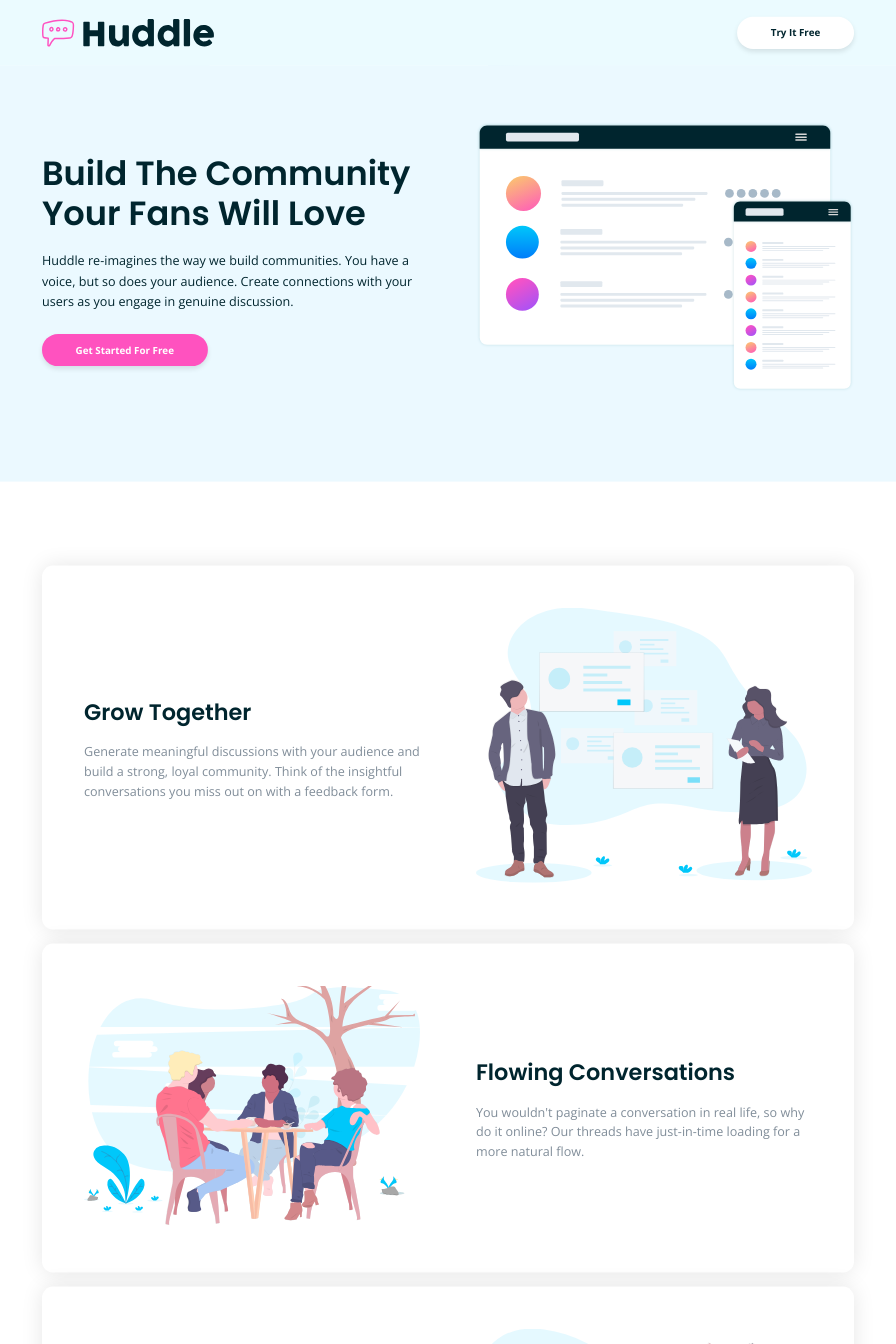
Repository: blordeus/huddle-landing-page
Page: index.html
These files come from the project's save history. The page is drawn as it stood at one moment and after the next save; the edit follows.
The browser window is 1280 px wide. The pictures show the part of the page from y = 0 to 1920 px (the page is 3305 px tall before and 3334 px after), at 70% of full size.

Above is the page before, as saved 2025-07-01 11:30:11.

### index.html
<!DOCTYPE html>
<html lang="en">
<head>
  <meta charset="UTF-8">
  <meta name="viewport" content="width=device-width, initial-scale=1.0">
  <link rel="icon" type="image/png" sizes="32x32" href="./images/favicon-32x32.png">
  <title>Frontend Mentor | Huddle landing page with alternating feature blocks</title>

  <!-- Google Fonts -->
  <link rel="preconnect" href="https://fonts.googleapis.com">
  <link rel="preconnect" href="https://fonts.gstatic.com" crossorigin>
  <link href="https://fonts.googleapis.com/css2?family=Poppins:wght@600&family=Open+Sans:wght@400;700&display=swap" rel="stylesheet">
  <link rel="stylesheet" type="text/css" href="styles.css" />

  <!-- Font Awesome for social icons -->
  <link rel="stylesheet" href="https://cdnjs.cloudflare.com/ajax/libs/font-awesome/6.0.0/css/all.min.css">
</head>

<body>
  <section class="bg-wrapper">
  <!-- Header -->
  <header class="header">
    <div class="container">
      <div class="header-content">
        <img src="./images/logo.svg" alt="Logo">
        <a href="#" class="btn btn-outline">Try It Free</a>
      </div>
    </div>
  </header>

  <!-- Hero Section -->
  <section class="hero">
    <div class="container">
      <div class="hero-content">
        <div class="hero-text">
          <h1>Build The Community Your Fans Will Love</h1>
          <p>Huddle re-imagines the way we build communities. You have a voice, but so does your audience. Create connections with your users as you engage in genuine discussion.</p>
          <a href="#" class="btn">Get Started For Free</a>
        </div>
        <div class="hero-image">
          <img src="./images/illustration-mockups.svg" alt="Desktop and mobile chat interface showing community conversations">
        </div>
      </div>
    </div>
  </section>
  </section>

  <!-- Features Section -->
  <section class="features">
    <div class="container">
      <div class="feature">
        <div class="feature-content">
          <h2>Grow Together</h2>
          <p>Generate meaningful discussions with your audience and build a strong, loyal community. Think of the insightful conversations you miss out on with a feedback form.</p>
        </div>
        <div class="feature-image">
          <img src="./images/illustration-grow-together.svg" alt="Illustration of people having meaningful conversations and building community">
        </div>
      </div>

      <div class="feature">
        <div class="feature-content">
          <h2>Flowing Conversations</h2>
          <p>You wouldn't paginate a conversation in real life, so why do it online? Our threads have just-in-time loading for a more natural flow.</p>
        </div>
        <div class="feature-image">
          <img src="./images/illustration-flowing-conversation.svg" alt="Illustration of natural flowing conversation interface with seamless chat threads">
        </div>
      </div>

      <div class="feature">
        <div class="feature-content">
          <h2>Your Users</h2>
          <p>It takes no time at all to integrate Huddle with your app's authentication solution. This means, once signed in to your app, your users can start chatting immediately.</p>
        </div>
        <div class="feature-image">
          <img src="./images/illustration-your-users.svg" alt="Illustration showing easy user authentication and immediate chat access">
        </div>
      </div>
    </div>
  </section>

  <!-- Call to Action -->
  <section class="cta">
    <div class="container">
      <h2>Ready To Build Your Community?</h2>
      <a href="#" class="btn">Get Started For Free</a>
    </div>
  </section>

  <!-- Footer -->
  <footer class="footer">
    <div class="container">
      <a href="#" class="footer-logo">
            <img src="./images/logo.svg" alt="">
          </a>
      <div class="footer-content">
        <div class="footer-info">
          <div class="contact-info">
            <div class="contact-item">
              <img src="./images/icon-location.svg" alt="">
              <p>Lorem ipsum dolor sit amet, consectetur adipiscing elit, sed do eiusmod tempor incididunt ut labore et dolore magna aliqua</p>
            </div>
            <div class="contact-item">
              <img src="./images/icon-phone.svg" alt="">
              <p>+1-543-123-4567</p>
            </div>
            <div class="contact-item">
              <img src="./images/icon-email.svg" alt="">
              <p>example@huddle.com</p>
            </div>
          </div>
        </div>

        <div class="footer-links">
          <a href="#">About Us</a>
          <a href="#">What We Do</a>
          <a href="#">FAQ</a>
        </div>

        <div class="footer-links">
          <a href="#">Career</a>
          <a href="#">Blog</a>
          <a href="#">Contact Us</a>
        </div>

        <div class="social-icons">
          <a href="#" class="social-icon" aria-label="Facebook">
            <i class="fab fa-facebook-f"></i>
          </a>
          <a href="#" class="social-icon" aria-label="Twitter">
            <i class="fab fa-twitter"></i>
          </a>
          <a href="#" class="social-icon" aria-label="Instagram">
            <i class="fab fa-instagram"></i>
          </a>
        </div>
      </div>

      <div class="copyright">
        <p>&copy; Copyright 2018 Huddle. All rights reserved.</p>
      </div>
    </div>

    <p class="attribution">
      Challenge by <a href="https://www.frontendmentor.io?ref=challenge" target="_blank">Frontend Mentor</a>.
      Coded by <a href="#">Your Name Here</a>.
    </p>
  </footer>
</body>
</html>

### styles.css
    * {
      margin: 0;
      padding: 0;
      box-sizing: border-box;
    }

    body {
      font-family: 'Open Sans', sans-serif;
      font-size: 18px;
      line-height: 1.6;
      color: hsl(192, 100%, 9%);
    }

    .container {
      max-width: 1200px;
      margin: 0 auto;
      padding: 0 20px;
    }

    .bg-wrapper {
      background-image: url('./images/bg-hero-desktop.svg');
      background-size: cover;
      background-position: center;
    }

    /* Header */
    .header {
      background: hsl(193, 100%, 96%);
      padding: 24px 0;
    }

    .header-content {
      display: flex;
      justify-content: space-between;
      align-items: center;
    }

    .header-content img {
      height: 40px;
    }

    .btn {
      background: hsl(322, 100%, 66%);
      color: white;
      border: none;
      padding: 12px 48px;
      border-radius: 24px;
      font-family: 'Open Sans', sans-serif;
      font-weight: 700;
      font-size: 14px;
      cursor: pointer;
      text-decoration: none;
      display: inline-block;
      transition: opacity 0.3s ease;
      box-shadow: 0 4px 8px rgba(0, 0, 0, 0.1);
    }

    .btn:hover {
      opacity: 0.8;
    }

    .btn-outline {
      background: white;
      box-shadow: 0 4px 8px rgba(0, 0, 0, 0.1);
      color: #00252E;
    }

    .btn-outline:hover {
      color: #808E9A;
    }

    /* Hero Section */
    .hero {
      background: hsl(199, 100%, 96%);
      padding: 80px 0 120px;
    }

    .hero-content {
      display: grid;
      grid-template-columns: 1fr 1fr;
      gap: 80px;
      align-items: center;
    }

    .hero-text h1 {
      font-family: 'Poppins', sans-serif;
      font-weight: 600;
      font-size: 48px;
      line-height: 1.2;
      margin-bottom: 24px;
      color: hsl(192, 100%, 9%);
    }

    .hero-text p {
      font-size: 18px;
      color: hsl(192, 100%, 9%);
      margin-bottom: 32px;
      line-height: 1.6;
    }

    .hero-image {
      text-align: center;
    }

    .hero-image img {
      max-width: 100%;
      height: auto;
    }

    /* Features Section */
    .features {
      padding: 120px 0;
    }

    .feature {
      display: grid;
      grid-template-columns: 1fr 1fr;
      gap: 80px;
      align-items: center;
      margin-bottom: 20px;
      background: white;
      padding: 60px;
      border-radius: 16px;
      box-shadow: 0 0 30px rgba(0, 0, 0, 0.1);
    }

    .feature:nth-child(even) .feature-content {
      order: 2;
    }

    .feature:nth-child(even) .feature-image {
      order: 1;
    }

    .feature h2 {
      font-family: 'Poppins', sans-serif;
      font-weight: 600;
      font-size: 32px;
      margin-bottom: 16px;
      color: hsl(192, 100%, 9%);
    }

    .feature p {
      color: hsl(208, 11%, 55%);
      line-height: 1.6;
    }

    .feature-image {
      text-align: center;
    }

    .feature-image img {
      max-width: 100%;
      height: auto;
    }

    /* Call to Action */
    .cta {
      text-align: center;
      padding: 80px 0;
      background: white;
      width: 50%;
      margin: 0 auto;
      box-sizing: border-box;
      border-radius: 16px;
      box-shadow: 0 0 30px rgba(0, 0, 0, 0.1);
      position: relative;
      z-index: 2;
      transform: translateY(20%);
    }

    .cta a {
      background: hsl(322, 100%, 66%);
      color: white;
      padding: 16px 64px;
      border-radius: 24px;
      font-family: 'Open Sans', sans-serif;
      font-weight: 700;
      font-size: 14px;
      cursor: pointer;
      text-decoration: none;
      display: inline-block;
      transition: opacity 0.3s ease;
      box-shadow: 0 4px 8px rgba(0, 0, 0, 0.1);

    }

    .cta h2 {
      font-family: 'Poppins', sans-serif;
      font-weight: 600;
      font-size: 32px;
      margin-bottom: 32px;
      color: hsl(192, 100%, 9%);
    }

    /* Footer */
    .footer {
      background: hsl(192, 100%, 9%);
      color: white;
      padding: 120px 0 40px;
    }

    .footer-content {
      display: grid;
      grid-template-columns: 2fr 1fr 1fr 1fr;
      gap: 60px;
      margin-bottom: 40px;
    }

    .footer-logo {
      display: flex;
      align-items: center;
      gap: 8px;
      font-family: 'Poppins', sans-serif;
      font-weight: 600;
      font-size: 24px;
      color: white;
      text-decoration: none;
      margin-bottom: 24px;
    }

    .footer-logo .logo-icon {
      background: white;
      color: hsl(322, 100%, 66%);
    }

    .contact-info {
      display: flex;
      flex-direction: column;
      gap: 16px;
    }

    .contact-item {
      display: flex;
      align-items: flex-start;
      gap: 16px;
    }

    .contact-item i {
      margin-top: 4px;
      width: 16px;
    }

    .footer-links {
      display: flex;
      flex-direction: column;
      gap: 12px;
    }

    .footer-links a {
      color: white;
      text-decoration: none;
      transition: color 0.3s ease;
    }

    .footer-links a:hover {
      color: hsl(322, 100%, 66%);
    }

    .social-icons {
      display: flex;
      gap: 16px;
      justify-content: center;
    }

    .social-icon {
      width: 40px;
      height: 40px;
      border: 1px solid white;
      border-radius: 50%;
      display: flex;
      align-items: center;
      justify-content: center;
      color: white;
      text-decoration: none;
      transition: all 0.3s ease;
    }

    .social-icon:hover {
      color: hsl(322, 100%, 66%);
      border-color: hsl(322, 100%, 66%);
    }

    .copyright {
      text-align: center;
      font-size: 14px;
      color: hsl(208, 11%, 55%);
      padding-top: 40px;
      border-top: 1px solid hsl(208, 11%, 55%);
    }

    .attribution {
      font-size: 11px;
      text-align: center;
      margin-top: 20px;
    }

    .attribution a {
      color: hsl(228, 45%, 44%);
    }

    /* Responsive Design */
    @media (max-width: 768px) {
      .container {
        padding: 0 16px;
      }

      .hero {
        background-image: url('./images/bg-hero.svg');
      }

      .header-content {
        flex-direction: column;
        gap: 20px;
      }

      .hero-content {
        grid-template-columns: 1fr;
        gap: 40px;
        text-align: center;
      }

      .hero-text h1 {
        font-size: 32px;
      }

      .feature {
        grid-template-columns: 1fr;
        gap: 40px;
        padding: 40px 20px;
        text-align: center;
      }

      .feature:nth-child(even) .feature-content,
      .feature:nth-child(even) .feature-image {
        order: unset;
      }

      .footer-content {
        grid-template-columns: 1fr;
        gap: 40px;
        text-align: center;
      }

      .social-icons {
        justify-content: center;
      }

      .cta {
        margin: 0 16px;
        padding: 40px 20px;
      }

      .cta h2 {
        font-size: 24px;
      }
    }

After the next save:
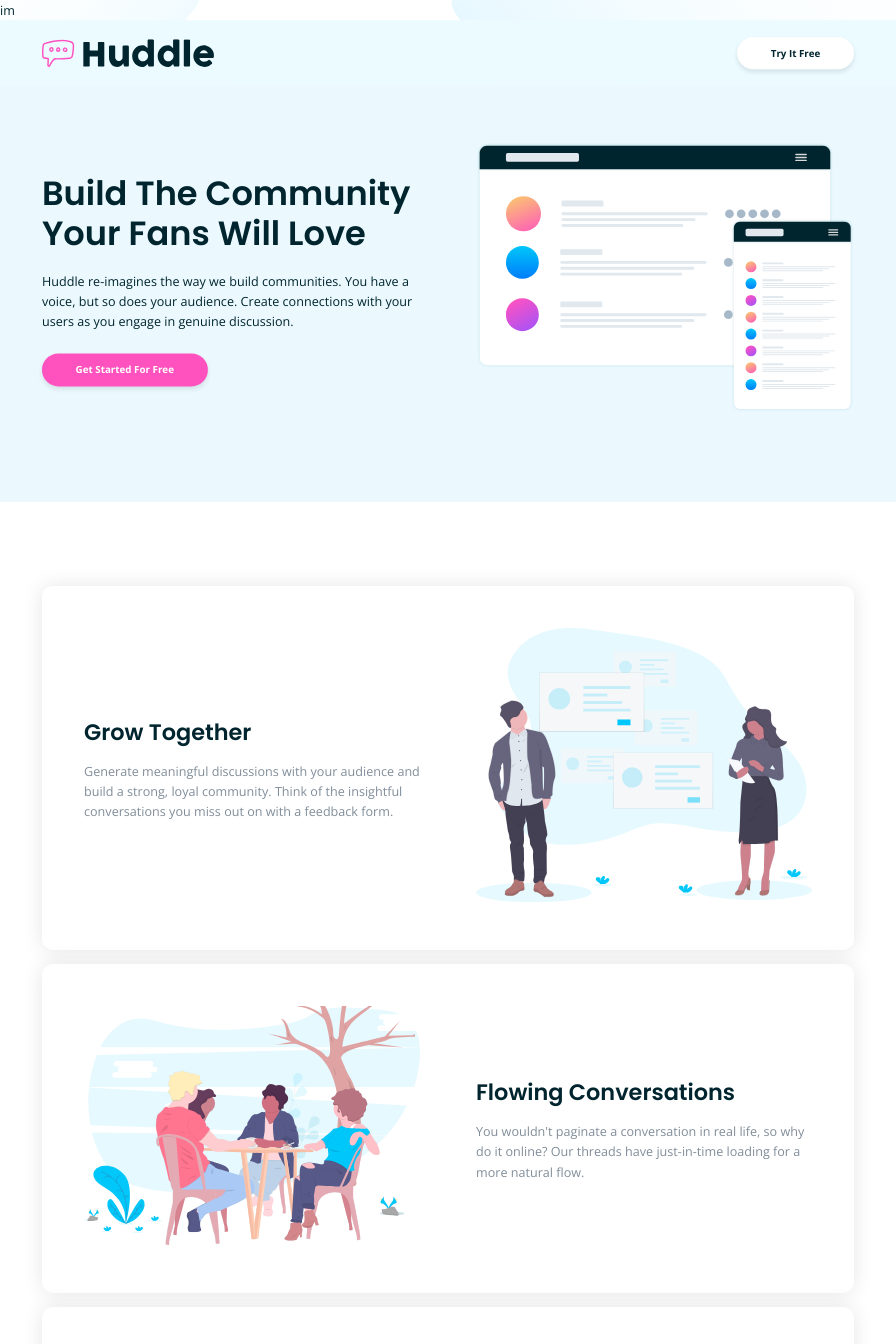
Saved 16 s later.
--- a/index.html
+++ b/index.html
@@ -18,6 +18,7 @@
 
 <body>
   <section class="bg-wrapper">
+    im
   <!-- Header -->
   <header class="header">
     <div class="container">
